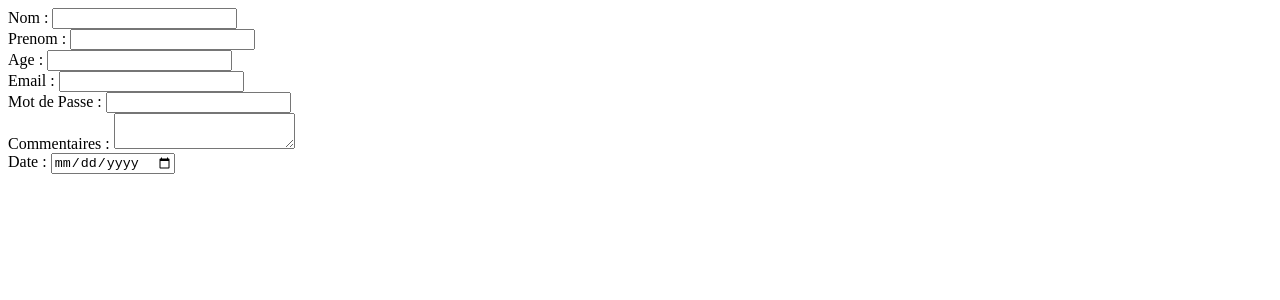
Repository: serviceshuios/Git-Aix-Web
Page: formulaire/WebContent/index.html
An editor plug-in stored every save of this project. The page is shown before and after the next save, followed by the edit.
The browser window is 1280 px wide. The pictures show the whole page.

Above is the page before, as saved 2018-10-25 08:08:21.

After the next save:
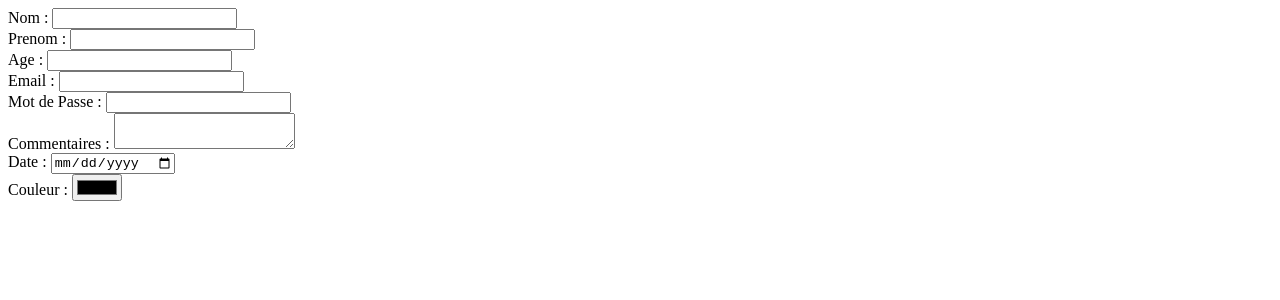
Saved 110 s later.
--- a/formulaire/WebContent/index.html
+++ b/formulaire/WebContent/index.html
@@ -22,6 +22,8 @@
 			<textarea name="commentaires" id="commentaires"></textarea><br/>
 			<label for="ladate">Date :</label>
 			<input type="date" name="ladate" id="ladate"/><br/>
+			<label for="couleur">Couleur :</label>
+			<input type="color" name="couleur" id="couleur"/><br/>
 		</form>
 		<script src="js/script.js"></script>
 	</body>
